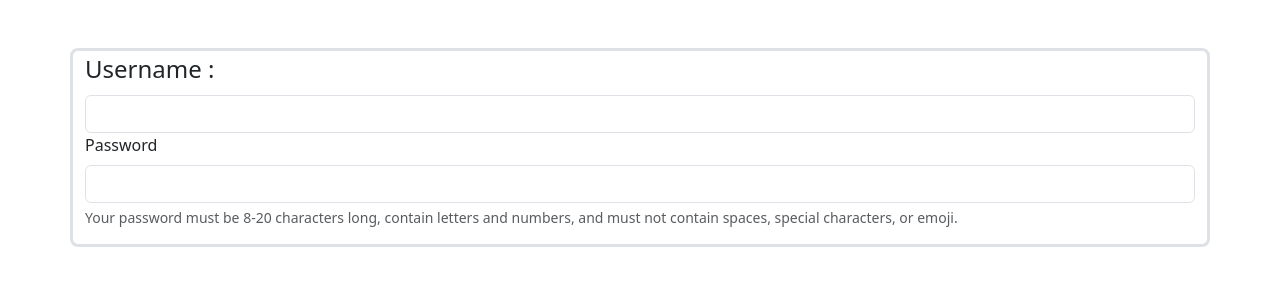
Repository: Piyush-Bhattarai/SpringCollegeProject
Page: http://localhost/LoginForm
These files come from the project's save history. The page is drawn as it stood at one moment and after a run of saves; the edit follows.
The browser window is 1280 px wide. The pictures show the whole page.
The page is this project's Thymeleaf template; nobody is signed in. The template is opened directly, without the code that normally fills it, so the values that code supplies are empty.

Above is the page before, as saved 2024-03-08 06:41:56.

### Canada_Project/src/main/resources/templates/LoginForm.html
<!DOCTYPE html>
<html>
<head>
<meta charset="ISO-8859-1">
<title>Insert title here</title>

<link href="https://cdn.jsdelivr.net/npm/bootstrap@5.3.3/dist/css/bootstrap.min.css" rel="stylesheet" integrity="sha384-QWTKZyjpPEjISv5WaRU9OFeRpok6YctnYmDr5pNlyT2bRjXh0JMhjY6hW+ALEwIH" crossorigin="anonymous">
<script src="https://cdn.jsdelivr.net/npm/bootstrap@5.3.3/dist/js/bootstrap.bundle.min.js" integrity="sha384-YvpcrYf0tY3lHB60NNkmXc5s9fDVZLESaAA55NDzOxhy9GkcIdslK1eN7N6jIeHz" crossorigin="anonymous"></script>
</head>
<body>

	<div class="container mt-5 border border-3 rounded-3" >

		<div class="mb-3">

		  <label for="userName" class="form-label fs-4">Username :</label>
		  <input type="text" id="userName" name="userName" class="form-control">

		  <label for="inputPassword5" class="form-label">Password</label>
           <input type="password" id="inputPassword5" class="form-control" aria-describedby="passwordHelpBlock">
          <div id="passwordHelpBlock" class="form-text">
             Your password must be 8-20 characters long, contain letters and numbers, and must not contain spaces, special characters, or emoji.
            </div>



		</div>



    </div>



</body>
</html>

After the next 2 saves:
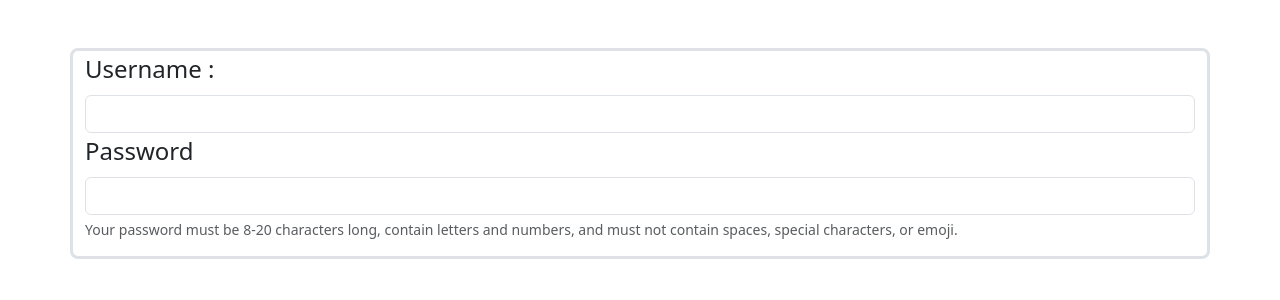
The 2 saves are shown as one change because they came seconds apart.
The last was saved 11 s later.
--- a/Canada_Project/src/main/resources/templates/LoginForm.html
+++ b/Canada_Project/src/main/resources/templates/LoginForm.html
@@ -16,7 +16,7 @@
 		  <label for="userName" class="form-label fs-4">Username :</label>
 		  <input type="text" id="userName" name="userName" class="form-control">
 
-		  <label for="inputPassword5" class="form-label">Password</label>
+		  <label for="inputPassword5" class="form-label fs-4">Password</label>
            <input type="password" id="inputPassword5" class="form-control" aria-describedby="passwordHelpBlock">
           <div id="passwordHelpBlock" class="form-text">
              Your password must be 8-20 characters long, contain letters and numbers, and must not contain spaces, special characters, or emoji.
